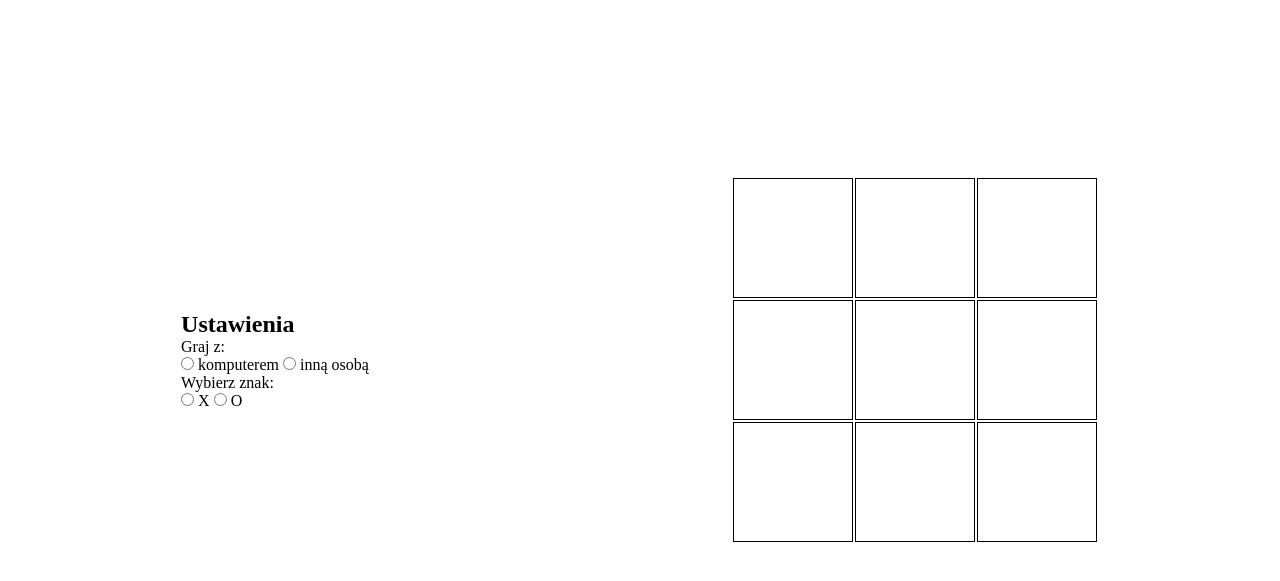
Repository: SebastianArmata22/Tic-Tac-Toe
Page: index.html
An editor plug-in stored every save of this project. The page is shown before and after the next save, followed by the edit.
The browser window is 1280 px wide. The pictures show the whole page.

Above is the page before, as saved 2020-11-03 14:20:17.

After the next save:
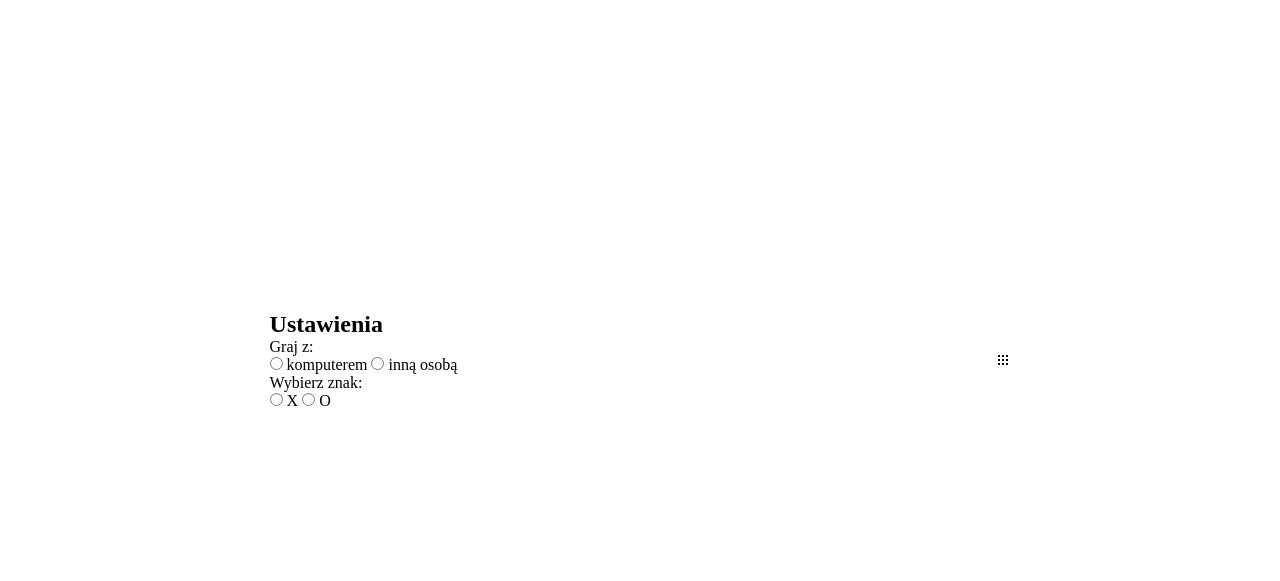
Saved 110 s later.
--- a/style.css
+++ b/style.css
@@ -14,8 +14,8 @@
 
 th{
 border: 1px solid black;
-height: 120px;
-width: 120px;
+max-height: 120px;
+max-width: 120px;
 }
 
 th:hover{

After the save that followed:
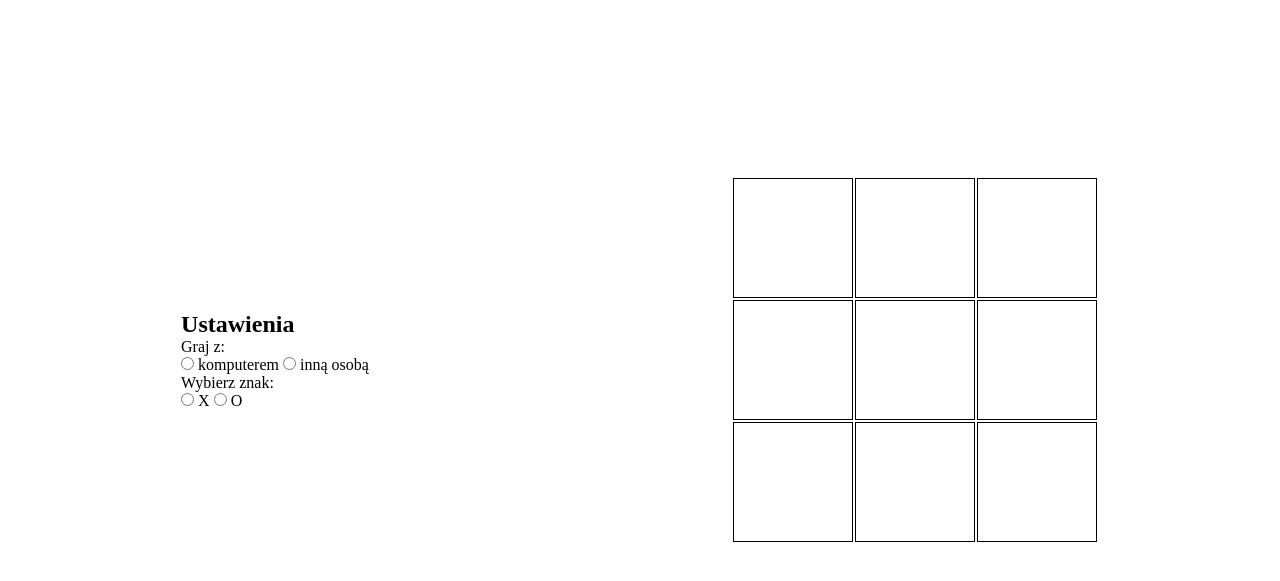
Saved 13 s later.
--- a/style.css
+++ b/style.css
@@ -14,8 +14,8 @@
 
 th{
 border: 1px solid black;
-max-height: 120px;
-max-width: 120px;
+height: 120px;
+width: 120px;
 }
 
 th:hover{
